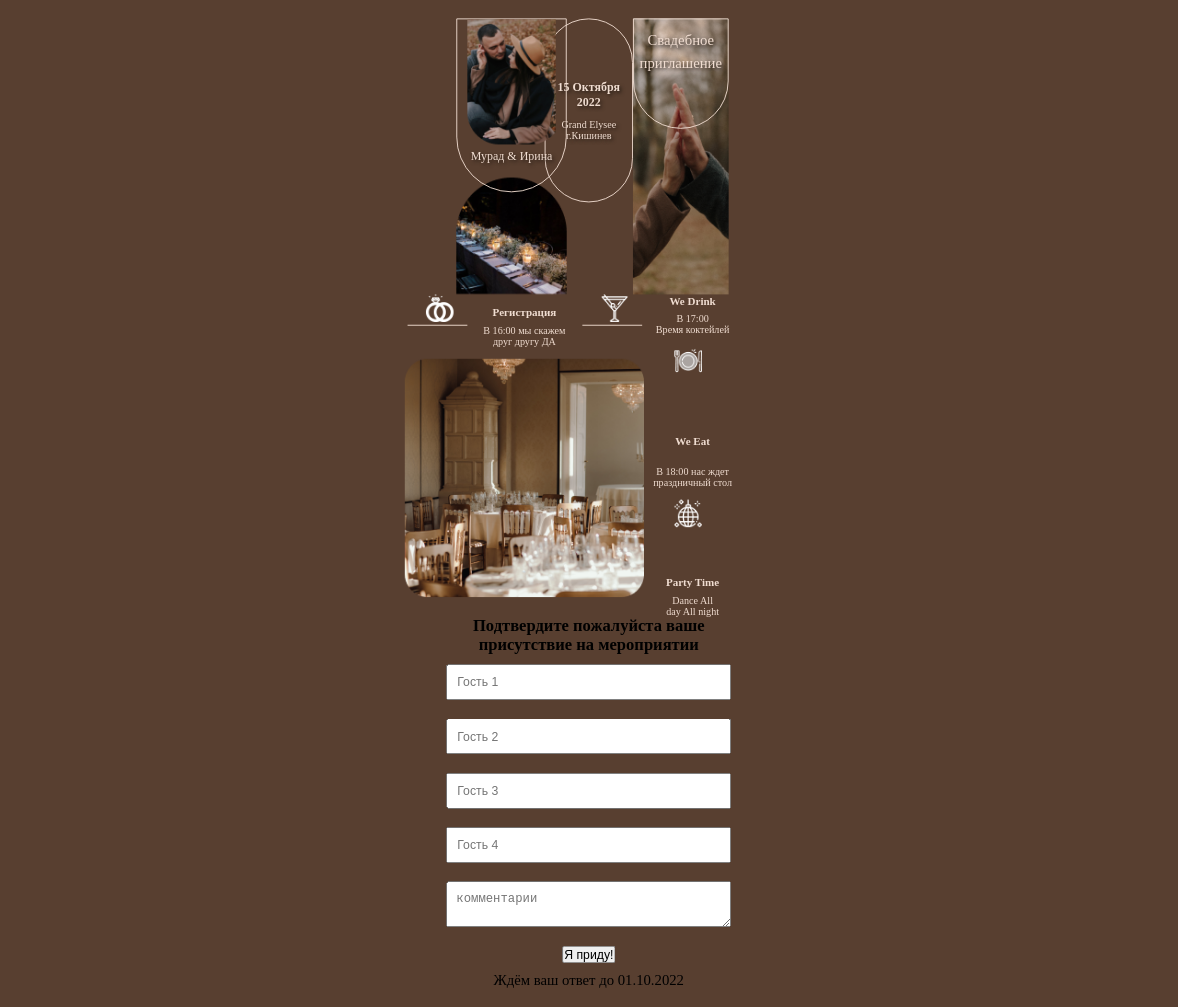
Repository: Anthony8845/wedding_invitation
Page: index.html
An editor plug-in stored every save of this project. The page is shown before and after the next save, followed by the edit.
The browser window is 1280 px wide. The pictures show the whole page, at 92% of full size.

Above is the page before, as saved 2022-07-29 20:01:08.

### index.html
<!DOCTYPE html>
<html lang="en">
<head>
    <meta charset="UTF-8">
    <meta http-equiv="X-UA-Compatible" content="IE=edge">
    <meta name="viewport" content="width=device-width, user-scalable=yes">
    <link rel="stylesheet" href="./style.css">
    <!-- <script src="./script.js"></script> -->
    <title>Приглашение на свадьбу</title>
</head>
<body>

    <div class="invitation">
        <div class="info">
            <div class="info_block">
                <div class="info_border">
                    <div class="info_img-u"></div>
                    <div class="info_name">Мурад & Ирина</div>
                </div>
                <div class="info_img-d"></div>
            </div>
            <div class="info_block">
                <div class="block__data">
                    <div class="info_timer"></div>
                    <div class="info_date">
                        <h4>15 Октября 2022</h4>
                        <p>Grand Elysee <br>
                            г.Кишинев</p>
                    </div>
                </div>
            </div>
            <div class="info_block">
                <div class="info_invitation">Свадебное<br>приглашение</div>
                <div class="info_img-r"></div>
            </div>

        </div>
        <div class="timetable">
            <div class="timetable_block">
                <div class="block_icon">
                    <div class="icon_reg icon"></div>
                    <div class="line_icon-d"></div>
                </div>
                <div class="block_reg">
                    <h4>Регистрация</h4>
                    <p>В 16:00 мы скажем <br> друг другу ДА</p>
                </div>
                <div class="block_icon">
                    <div class="icon_drink icon"></div>
                    <div class="line_icon-d"></div>
                </div>

            </div>
            <div class="timetable_block">
                <div class="img_table"></div>
            </div>
            <div class="timetable_block">
                <div class="block_drink">
                    <h4>We Drink</h4>
                    <p>В 17:00<br> Время коктейлей</p>
                </div>
                <div class="block_icon">
                    <div class="icon_eat icon"></div>
                    <div class="line_icon-l"></div>
                </div>

                <div class="block_eat"></div>
                    <h4>We Eat</h4>
                    <p>В 18:00 нас ждет <br> праздничный стол</p>
                    <div class="block_icon">
                        <div class="icon_party icon"></div>
                        <div class="line_icon-l"></div>
                    </div>

                <div class="block_party">
                    <h4>Party Time</h4>
                    <p>Dance All<br> day All night</p>
                </div>
            </div>
        </div>
        <div class="thanks">
            <div></div>
            <div></div>
            <div></div>
        </div>
        <form class="form"  action="mail.php"  method="POST" >
            <h2 class="form__header">Подтвердите пожалуйста ваше присутствие на мероприятии</h2>
            <input class="form__input_item" type="text" name="Guest1" placeholder="Гость 1">
            <input class="form__input_item" type="text" name="Guest2" placeholder="Гость 2">
            <input class="form__input_item" type="text" name="Guest3" placeholder="Гость 3">
            <input class="form__input_item" type="text" name="Guest4" placeholder="Гость 4">
            <textarea class="form__comment" name="Comment" placeholder="комментарии"></textarea>
            <button class="form__btn">Я приду!</button>
        </form>
        <div class="footer">Ждём ваш ответ до 01.10.2022</div>
    </div>
</body>
</html>

### style.css
* {
    box-sizing: border-box;
    margin: 0;
    padding: 0;
}

body{
    display: flex;
    justify-content: center;
    padding: 20px 0;
    background-color: rgb(88, 63, 48);
}



.invitation {
    width: 400px;
    display: flex;
    flex-direction: column;
    align-items: center;
}
.info {

    color: rgb(240, 221, 209);
    display: flex;
    justify-content: center;
    align-items: center;
    text-align: center;
    text-shadow: 2px 2px 4px rgb(44, 32, 24);
    /* margin: 10px 3% 30px 3%; */
}
.info_block {
    /* margin-left: 1rem; */
    width: 6em;
    height: 300px;

}
.info_border {
    width: 120px;
    position: absolute;
    border: 1px solid rgb(240, 221, 209);
    padding-bottom: 30px;
    border-radius: 0 0 60px 60px;

}
.info_img-u {
    width: 103px;
    height: 136px;
    background: url(./img/IMG_2.png) no-repeat;
    margin-left: auto;
    margin-right: auto;
    width: 6em;
    margin-bottom: 5px;


}
.info_name {
    font-size: 13px;
}
.info_img-d {
    margin-top: 173px;
    width: 120px;
    height: 127px;
    background: url(./img/Image.png) no-repeat;
}

.info_img-r {
    width: 104px;
    height: 300px;
    background: url(./img/IMG_104-300.png);
}

.block__data {
    display: table-cell;
    vertical-align: middle;
    width: 120px;
    height: 200px;
    border: 1px solid rgb(240, 221, 209);
    border-radius: 55px;
}


.info_timer {

}

.info_date {
    font-size: 11px;
}
.info_date h4 {
    font-size: 13px;
    padding-bottom: 10px;
}

.info_invitation{
    width: 104px;
    height: 120px;
    position: absolute;
    border: 1px solid rgb(240, 221, 209);
    border-radius: 0 0 60px 60px;
    padding-top: 10px;
    line-height: 25px;
}

.icon {
    width: 30px;
    height: 30px;
}

.block_icon{
    padding: 0 0 0 23px;
    width: 70px;
    height: 70px;
}

.line_icon-d{
    width: 65px;
    position: relative;
    right: 20px;
    padding-top: 3px;
    border-bottom: 1px solid rgb(240, 221, 209);
}
.line_icon-l{

}

.timetable {
    margin-right: 80px;
    font-size: 11px;
    color: rgb(240, 221, 209);
    max-width: 390px;
    height: 350px;
    display: flex;
    flex-direction: column;
    flex-wrap: wrap;

}
.timetable_block {
    text-align: center;
    max-width: 260px;
    display: flex;
    justify-content: space-between;
}

.timetable_block:last-child {
    margin-left: 10px;
    height: 350px;
    display: flex;
    flex-direction: column;
    /* justify-content: space-between; */
}

.timetable_block h4 {
    font-size: 12px;
    padding-bottom: 5px;
}

.icon_reg {

    background: url(./img/wedding-rings.png) no-repeat ;
    background-size: contain;
}
.block_reg {
   padding-top: 5%;
}
.icon_drink {

    background: url(./img/martini.png) no-repeat;
    background-size: contain;
}
.img_table {
    width: 260px;
    height: 259px;
    background: url(./img/interior.png);
}
.block_drink {
}
.icon_eat {
    background: url(./img/dish.png) no-repeat;
    background-size: contain;
}
.block_eat {
}
.icon_party {
    background: url(./img/mirror-ball.png);
    background-size: contain;
}
.block_party {
}





.form {

    text-align: center;
    margin: 0 10%;

    display: flex;
    flex-direction: column;

}

.form::after {
    content: '';
    position: absolute;
    top: 0;
    left: 0;
    width: 100%;
    height: 100%;
    background: #767676 url(./img/heart.gif) center /50px no-repeat;
    opacity: 0;
    visibility: hidden;
}

.form._sending::after {
    opacity: 0.8;
    visibility: visible;
}


.form__header {
    font-size: 18px;
}

.form__input_item {
    margin: 10px 5px;
    padding: 10px 10px;

}

.form__comment {
    padding: 10px 10px;
    margin: 10px 5px;
    resize: vertical;
    height: 50px;
}

.form__btn {
    margin: 0 auto;
    margin-top: 10px;
    max-width: 70px;
}

.footer {
    margin-top: 10px;
    text-align: center;
}

After the next save:
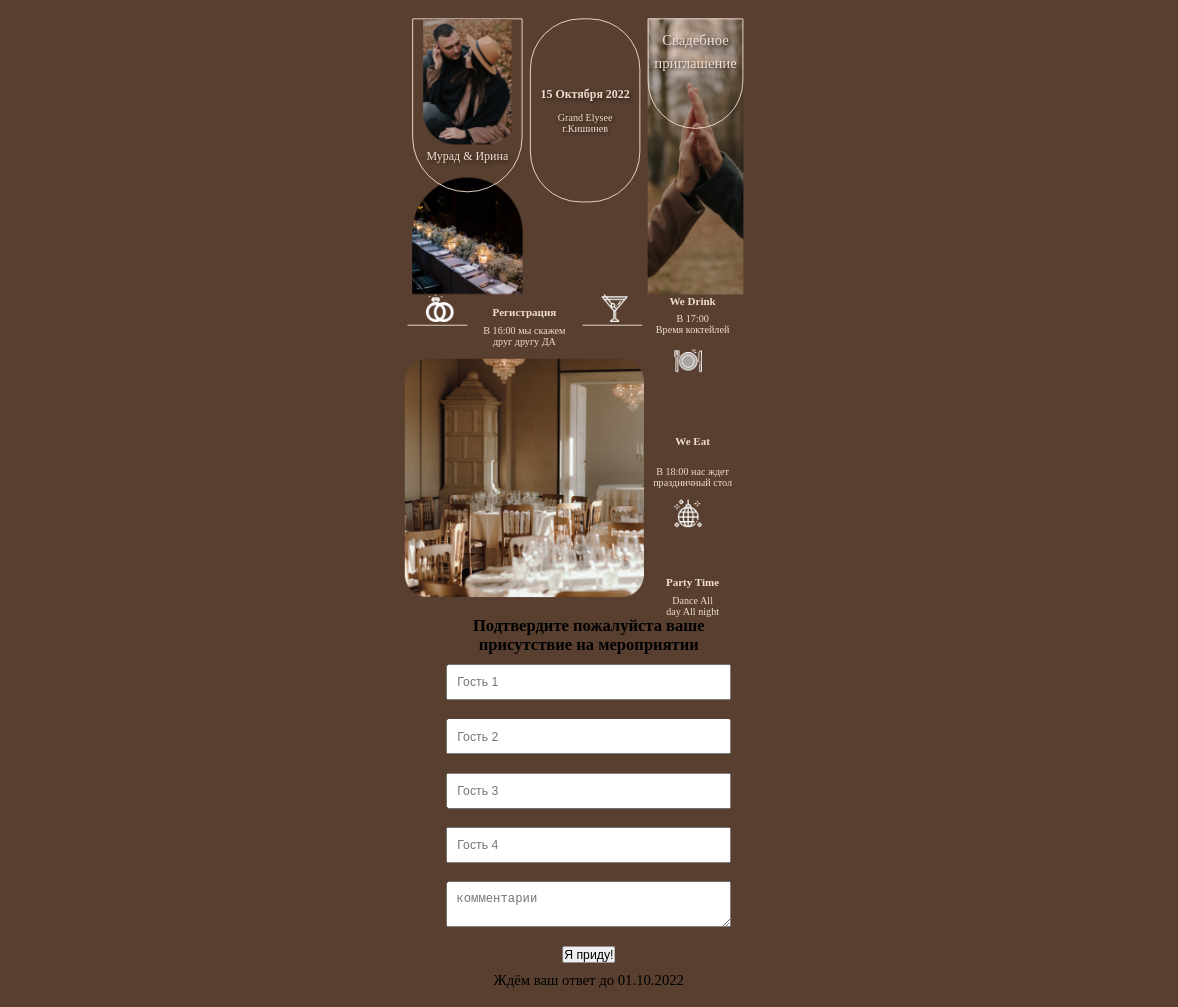
Saved 4 s later.
--- a/style.css
+++ b/style.css
@@ -31,7 +31,7 @@ body{
 }
 .info_block {
     /* margin-left: 1rem; */
-    width: 6em;
+    width: 8em;
     height: 300px;
 
 }
